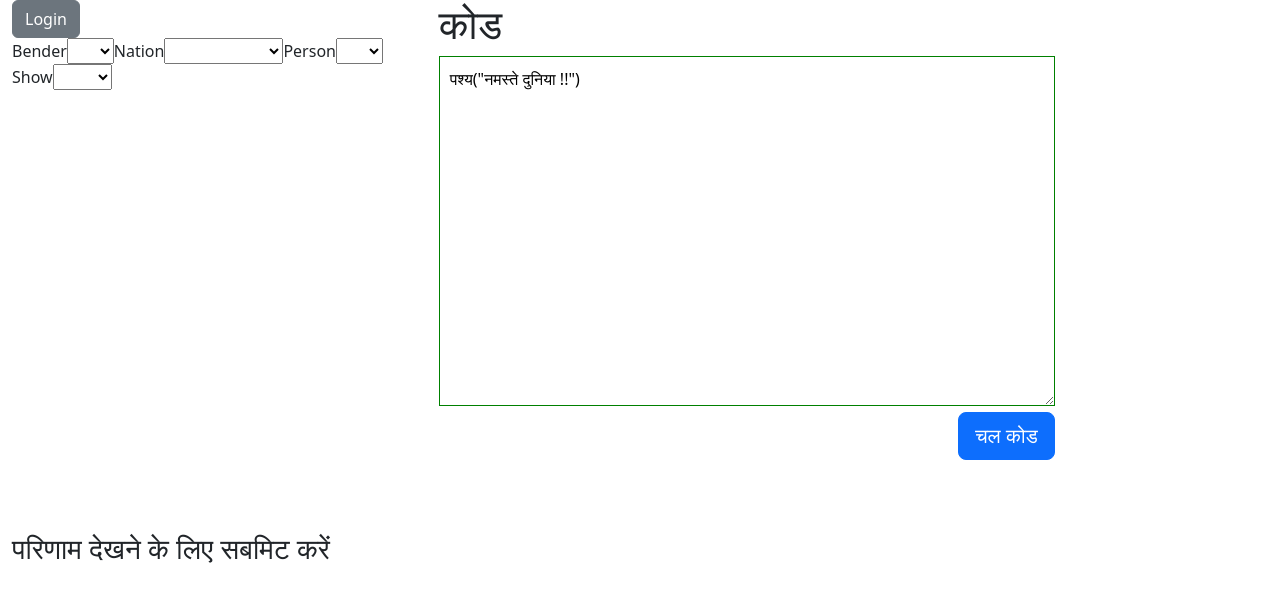
Repository: Vivek3072/webapp_shuniya_code.com
Page: /
An editor plug-in stored every save of this project. The page is shown before and after a run of saves, followed by the edit.
The browser window is 1280 px wide. The pictures show the whole page.
The project was rebuilt for these pictures with package versions that can differ from the ones it lists, and the page was loaded fresh each time. Also part of the build but not shown: src/components/Login.js, src/components/Singup.js, src/home/filteritems.js. Imported but missing from the stored project, and not drawn on this page: src/axiosApi.

Above is the page before, as saved 2021-02-28 00:39:33.

After the next 2 saves:
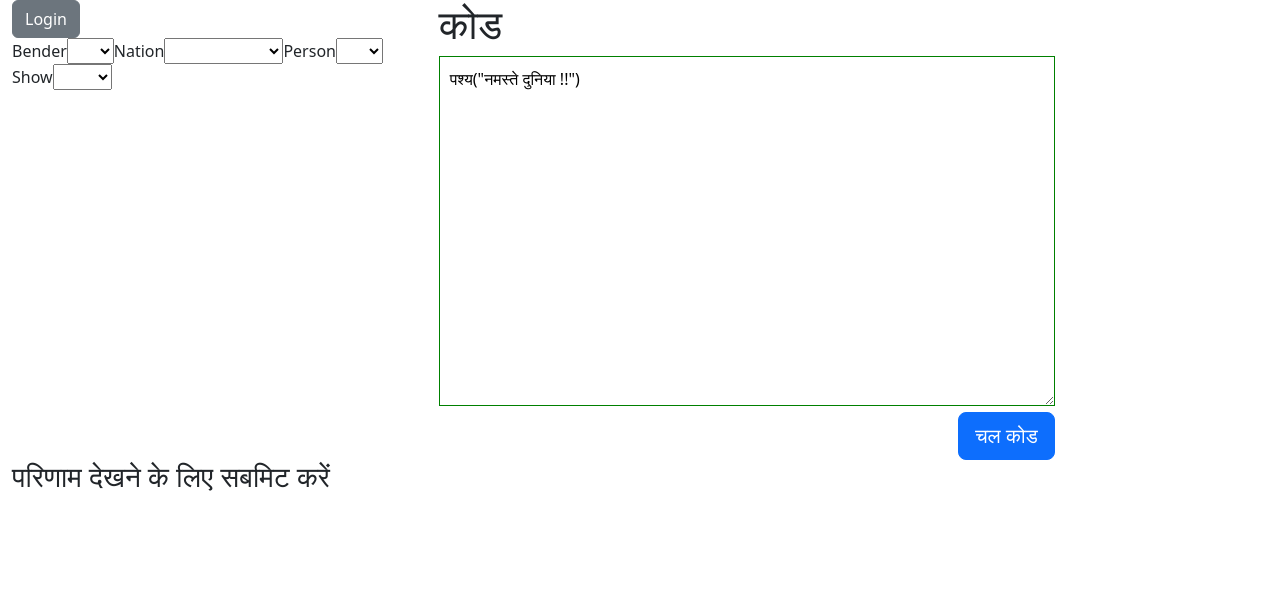
The 2 saves are shown as one change because they came seconds apart.
The last was saved 21 s later.
--- a/src/home/index.js
+++ b/src/home/index.js
@@ -158,9 +158,6 @@ export default class home extends Component {
         </div>
         <div className="row">
         <div className="menu-bar"></div>
-              <br></br>
-              <br></br>
-              <br></br>
               {this.state.isSubmited ? (
                 <div>
                   <h1>परिणाम</h1>
